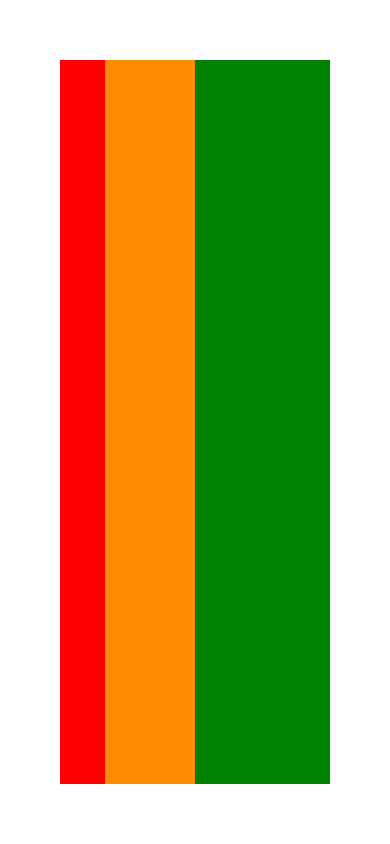
Repository: Waikato153/AwesomeProject
Screen: /
An editor plug-in stored every save of this project. The screen is shown before and after a run of saves, followed by the edit.
The app was drawn by React Native's web renderer in a window 390 px wide. The project was rebuilt for these pictures with package versions that can differ from the ones it lists, and the page was loaded fresh each time.

Above is the screen before, as saved 2024-02-27 09:39:39.

### App.js
import React from 'react';
import {StyleSheet, View} from 'react-native';

const Flex = () => {
  return (
    <View
      style={[
        styles.container,
        {
          // Try setting `flexDirection` to `"row"`.
          flexDirection: 'row',
        },
      ]}>
      <View style={{flex: 1, backgroundColor: 'red'}} />
      <View style={{flex: 2, backgroundColor: 'darkorange'}} />
      <View style={{flex: 3, backgroundColor: 'green'}} />
    </View>
  );
};

const styles = StyleSheet.create({
  container: {
    flex: 1,
    padding: 60,
  },
});

export default Flex;

After the next 2 saves:
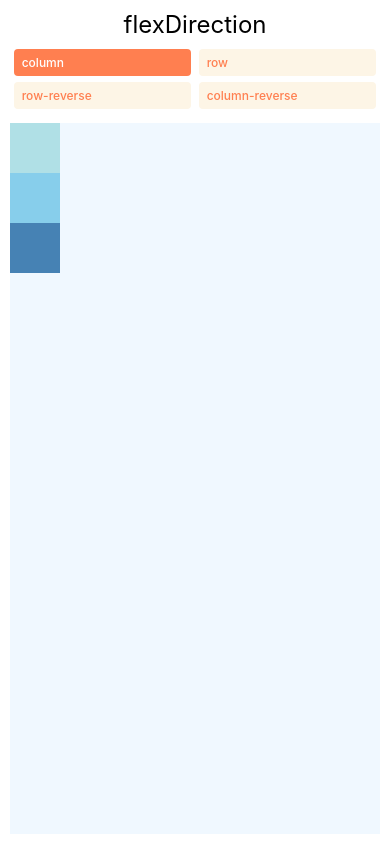
The 2 saves are shown as one change because 1 did not build or start.
The last was saved 111 s later.
--- a/App.js
+++ b/App.js
@@ -1,28 +1,93 @@
-import React from 'react';
-import {StyleSheet, View} from 'react-native';
+import React, {useState} from 'react';
+import {StyleSheet, Text, TouchableOpacity, View} from 'react-native';
 
-const Flex = () => {
+const FlexDirectionBasics = () => {
+  const [flexDirection, setflexDirection] = useState('column');
+
   return (
-    <View
-      style={[
-        styles.container,
-        {
-          // Try setting `flexDirection` to `"row"`.
-          flexDirection: 'row',
-        },
-      ]}>
-      <View style={{flex: 1, backgroundColor: 'red'}} />
-      <View style={{flex: 2, backgroundColor: 'darkorange'}} />
-      <View style={{flex: 3, backgroundColor: 'green'}} />
-    </View>
+    <PreviewLayout
+      label="flexDirection"
+      values={['column', 'row', 'row-reverse', 'column-reverse']}
+      selectedValue={flexDirection}
+      setSelectedValue={setflexDirection}>
+      <View style={[styles.box, {backgroundColor: 'powderblue'}]} />
+      <View style={[styles.box, {backgroundColor: 'skyblue'}]} />
+      <View style={[styles.box, {backgroundColor: 'steelblue'}]} />
+    </PreviewLayout>
   );
 };
+
+const PreviewLayout = ({
+  label,
+  children,
+  values,
+  selectedValue,
+  setSelectedValue,
+}) => (
+  <View style={{padding: 10, flex: 1}}>
+    <Text style={styles.label}>{label}</Text>
+    <View style={styles.row}>
+      {values.map(value => (
+        <TouchableOpacity
+          key={value}
+          onPress={() => setSelectedValue(value)}
+          style={[styles.button, selectedValue === value && styles.selected]}>
+          <Text
+            style={[
+              styles.buttonLabel,
+              selectedValue === value && styles.selectedLabel,
+            ]}>
+            {value}
+          </Text>
+        </TouchableOpacity>
+      ))}
+    </View>
+    <View style={[styles.container, {[label]: selectedValue}]}>{children}</View>
+  </View>
+);
 
 const styles = StyleSheet.create({
   container: {
     flex: 1,
-    padding: 60,
+    marginTop: 8,
+    backgroundColor: 'aliceblue',
+  },
+  box: {
+    width: 50,
+    height: 50,
+  },
+  row: {
+    flexDirection: 'row',
+    flexWrap: 'wrap',
+  },
+  button: {
+    paddingHorizontal: 8,
+    paddingVertical: 6,
+    borderRadius: 4,
+    backgroundColor: 'oldlace',
+    alignSelf: 'flex-start',
+    marginHorizontal: '1%',
+    marginBottom: 6,
+    minWidth: '48%',
+    textAlign: 'center',
+  },
+  selected: {
+    backgroundColor: 'coral',
+    borderWidth: 0,
+  },
+  buttonLabel: {
+    fontSize: 12,
+    fontWeight: '500',
+    color: 'coral',
+  },
+  selectedLabel: {
+    color: 'white',
+  },
+  label: {
+    textAlign: 'center',
+    marginBottom: 10,
+    fontSize: 24,
   },
 });
 
-export default Flex;
+export default FlexDirectionBasics;
